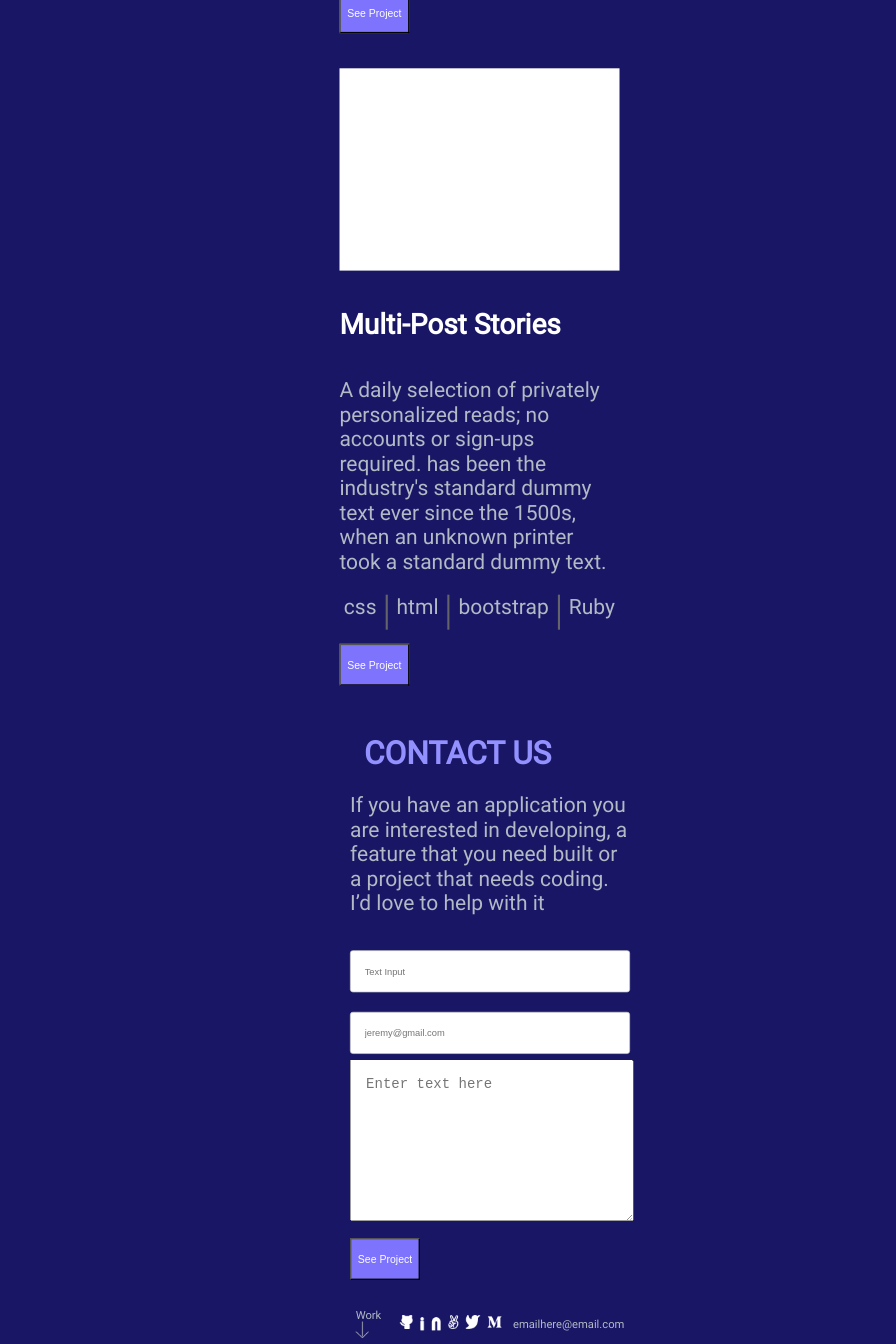
Repository: mustabbas/Portfolio
Page: index.html
An editor plug-in stored every save of this project. The page is shown before and after the next save, followed by the edit.
The browser window is 1280 px wide. The pictures show the part of the page from y = 3912 to 5832 px (the page is 5832 px tall), at 70% of full size.

Above is the page before, as saved 2021-08-17 17:53:48.

After the next save:
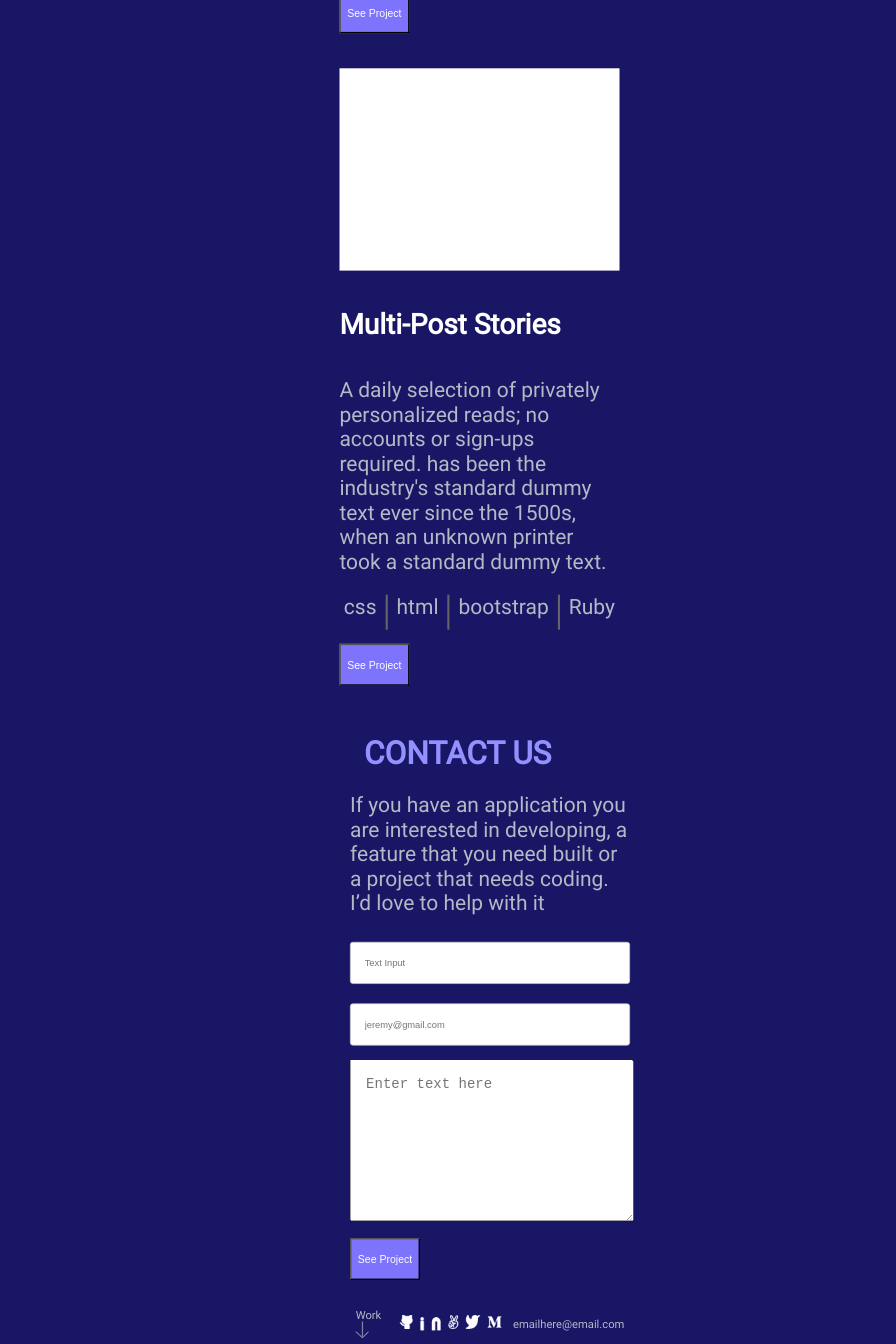
Saved 10 s later.
--- a/style.css
+++ b/style.css
@@ -256,7 +256,7 @@ input {
   border: 1px solid #ccc;
   border-radius: 4px;
   box-sizing: border-box;
-  margin-top: 20px;
+  margin-bottom: 20px;
 }
 
 textarea::placeholder {
